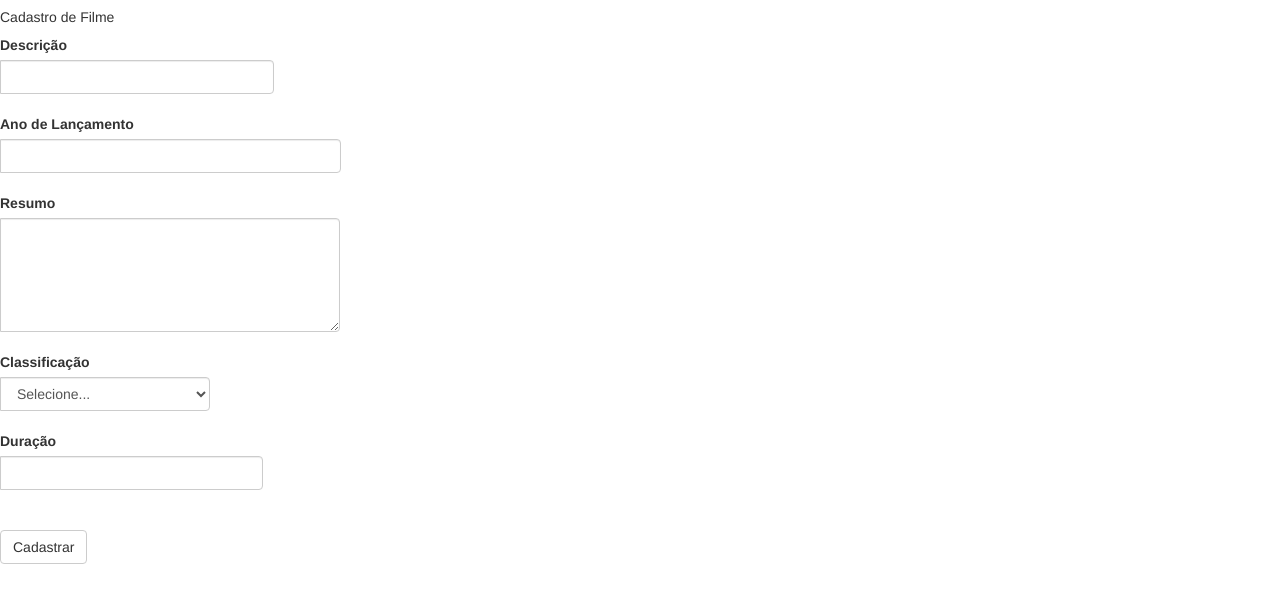
Repository: cadupedrassani/CursoDeJava
Page: Avaliação/BaseAPI/WebApp/src/main/webapp/filme/cadastro.html
The author's editor kept a copy of each file at every save. The page is drawn from the files as they stood at one save, then again after the next save.
The browser window is 1280 px wide. The pictures show the whole page.
The page's requests for data from a server got no answer.

Above is the page before, as saved 2016-12-06 19:41:15.

After the next save:
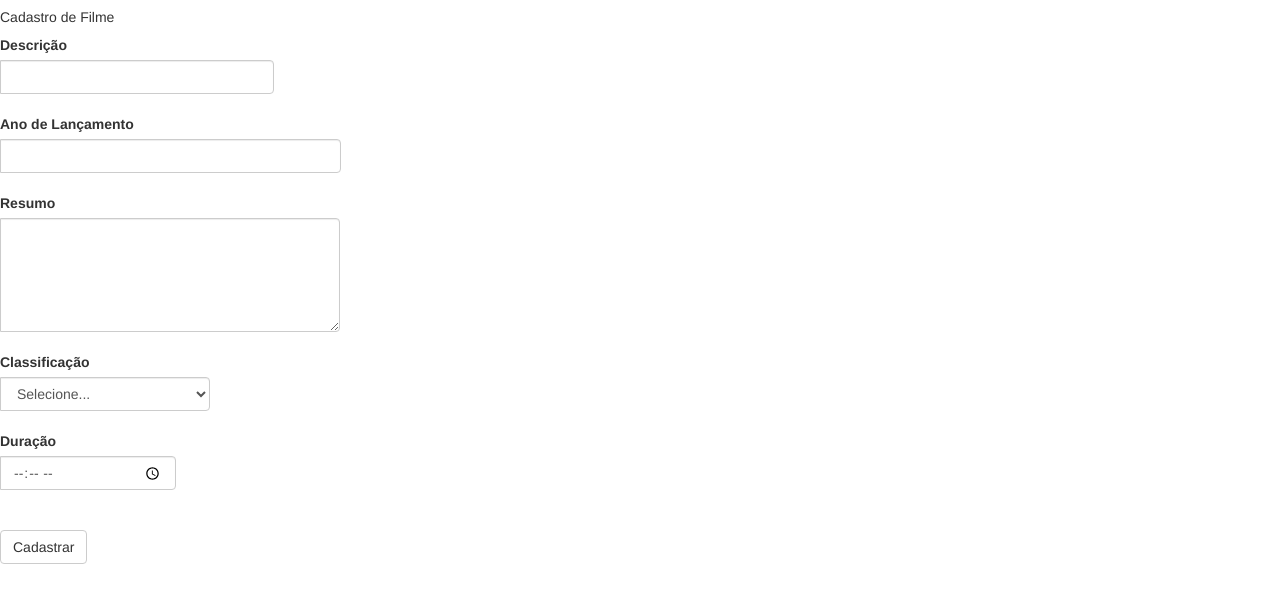
Saved 2 min 40 s later.
--- a/Avaliação/BaseAPI/WebApp/src/main/webapp/filme/cadastro.html
+++ b/Avaliação/BaseAPI/WebApp/src/main/webapp/filme/cadastro.html
@@ -50,7 +50,7 @@
 <div class="input-group">
 	<label>Duração</label>
 	<input id="duracao-filme"
-	       type="text"
+	       type="time"
 	       class="form-control"></input>
 </div>
 </br>
